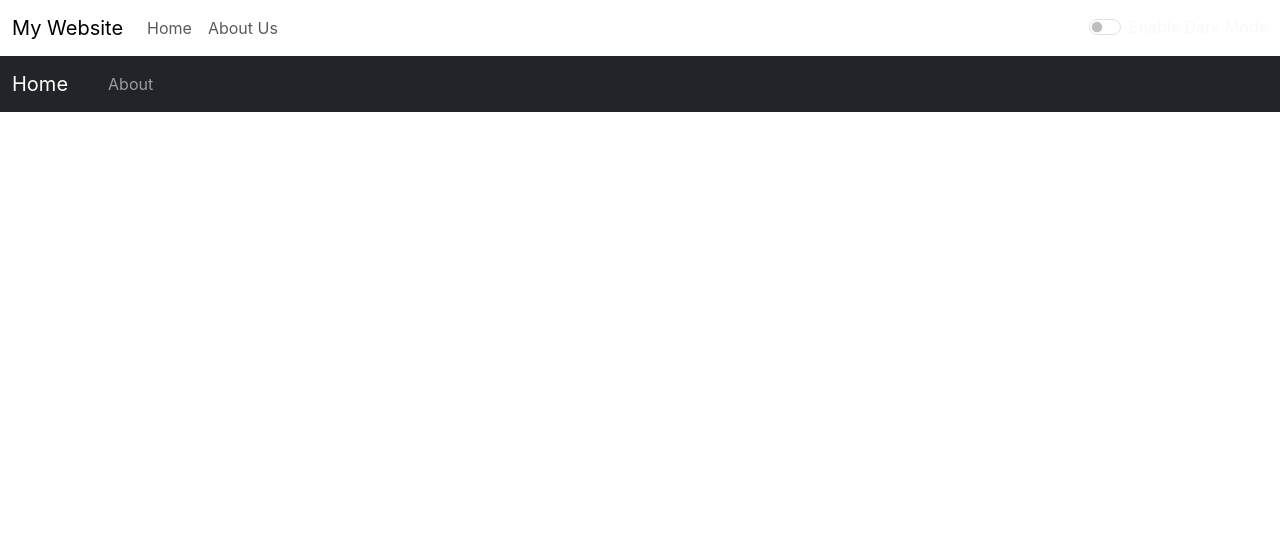
Repository: WajihaGul/Reactjs
Page: /
An editor plug-in stored every save of this project. The page is shown before and after the next save, followed by the edit.
The browser window is 1280 px wide. The pictures show the whole page.
The project was rebuilt for these pictures with package versions that can differ from the ones it lists, and the page was loaded fresh each time. Also part of the build but not shown: src/App.css.

Above is the page before, as saved 2024-02-08 12:02:29.

After the next save:
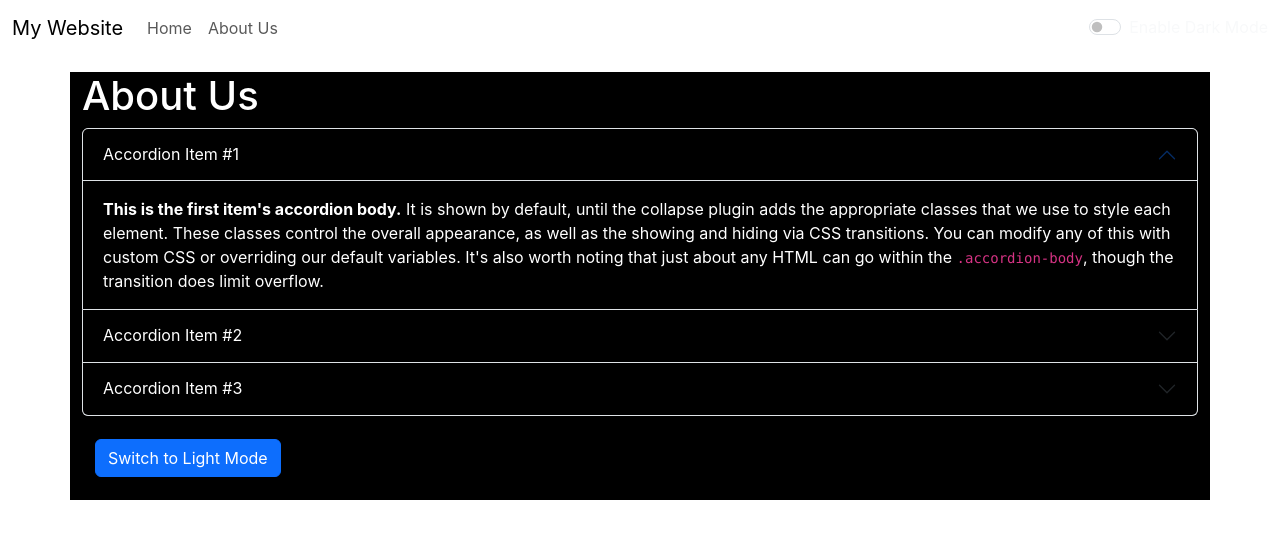
Saved 47 h 8 min later.
--- a/src/Components/About.js
+++ b/src/Components/About.js
@@ -1,50 +1,74 @@
 import React from 'react'
-import PropTypes from 'prop-types'
-export default function Navbar(props) {
-  return (
-    <nav className="navbar navbar-expand-lg navbar-dark bg-dark">
-        <div className="container-fluid">
-          <a className="navbar-brand" href="/">{props.title}</a>
-          <button className="navbar-toggler" type="button" data-bs-toggle="collapse" data-bs-target="#navbarSupportedContent" aria-controls="navbarSupportedContent" aria-expanded="false" aria-label="Toggle navigation">
-            <span className="navbar-toggler-icon"></span>
-          </button>
-          <div className="collapse navbar-collapse" id="navbarSupportedContent">
-            <ul className="navbar-nav me-auto mb-2 mb-lg-0">
-              <li className="nav-item">
-                <a className="nav-link active" aria-current="page" href="/">{props.home}</a>
-              </li>
-              <li className="nav-item">
-                <a className="nav-link" href="/">{props.about}</a>
-              </li>
+import { useState } from 'react'
 
-            </ul>
-            {/*<form className="d-flex" role="search">
-              <input className="form-control me-2" type="search" placeholder="Search" aria-label="Search"/>
-              <button className="btn btn-outline-success" type="submit">Search</button>
-            </form>
+export default function About() {
+    const [style, setStyle] = useState({
+        color: 'white' ,
+        backgroundColor: 'black'
+    })
 
-            <div className="form-check form-switch">
-              <input className="form-check-input" onClick={props.switchMode} type="checkbox" role="switch" id="flexSwitchCheckDefault" />
-               <label className="form-check-label" htmlFor="flexSwitchCheckDefault">Switch Mode</label>
-              </div>
+    const [btnText, setBtnText]=useState('Switch to Light Mode')
 
-                <div className={`form-check form-switch text-${props.mode==='light'?'dark':'light'}`}>
-                        <input className="form-check-input" onClick={props.toggleMode} type="checkbox" id="flexSwitchCheckDefault"/>
-                        <label className="form-check-label" htmlFor="flexSwitchCheckDefault">Enable DarkMode</label>
-                    </div>
-                    */}
-          </div>
-        </div>
-      </nav>
+    const toggleMode=()=>{
+    if(style.color==='white'){
+        setStyle({
+            color: 'black' ,
+            backgroundColor: 'white'
+        })
+        setBtnText('Switch to Dark Mode')
+    }
+        else{
+            setStyle({
+                color: 'white' ,
+                backgroundColor: 'black'
+        })
+        setBtnText('Switch to Light Mode')
+    }
+    }
+    return (
+    <div className='container my-3' style={style}>
+        <h1>About Us</h1>
+<div className="accordion" id="accordionExample" style={style}>
+  <div className="accordion-item">
+    <h2 className="accordion-header">
+      <button  className="accordion-button" style={style} type="button" data-bs-toggle="collapse" data-bs-target="#collapseOne" aria-expanded="true" aria-controls="collapseOne">
+        Accordion Item #1
+      </button>
+    </h2>
+    <div id="collapseOne" className="accordion-collapse collapse show" data-bs-parent="#accordionExample">
+      <div className="accordion-body" style={style}>
+        <strong>This is the first item's accordion body.</strong> It is shown by default, until the collapse plugin adds the appropriate classes that we use to style each element. These classes control the overall appearance, as well as the showing and hiding via CSS transitions. You can modify any of this with custom CSS or overriding our default variables. It's also worth noting that just about any HTML can go within the <code>.accordion-body</code>, though the transition does limit overflow.
+      </div>
+    </div>
+  </div>
+  <div className="accordion-item" >
+    <h2 className="accordion-header">
+      <button style={style} className="accordion-button collapsed" type="button" data-bs-toggle="collapse" data-bs-target="#collapseTwo" aria-expanded="false" aria-controls="collapseTwo">
+        Accordion Item #2
+      </button>
+    </h2>
+    <div id="collapseTwo" className="accordion-collapse collapse" data-bs-parent="#accordionExample">
+      <div className="accordion-body" style={style}>
+        <strong>This is the second item's accordion body.</strong> It is hidden by default, until the collapse plugin adds the appropriate classes that we use to style each element. These classes control the overall appearance, as well as the showing and hiding via CSS transitions. You can modify any of this with custom CSS or overriding our default variables. It's also worth noting that just about any HTML can go within the <code>.accordion-body</code>, though the transition does limit overflow.
+      </div>
+    </div>
+  </div>
+  <div className="accordion-item">
+    <h2 className="accordion-header">
+      <button className="accordion-button collapsed" style={style} type="button" data-bs-toggle="collapse" data-bs-target="#collapseThree" aria-expanded="false" aria-controls="collapseThree">
+        Accordion Item #3
+      </button>
+    </h2>
+    <div id="collapseThree" className="accordion-collapse collapse" data-bs-parent="#accordionExample">
+      <div className="accordion-body" style={style}>
+        <strong>This is the third item's accordion body.</strong> It is hidden by default, until the collapse plugin adds the appropriate classes that we use to style each element. These classes control the overall appearance, as well as the showing and hiding via CSS transitions. You can modify any of this with custom CSS or overriding our default variables. It's also worth noting that just about any HTML can go within the <code>.accordion-body</code>, though the transition does limit overflow.
+      </div>
+    </div>
+  </div>
+</div>
+<div className='btn my-3'>
+  <input className="btn btn-primary" value={btnText} type="button" btnText onClick={toggleMode}></input>
+</div>
+</div>
   )
 }
-Navbar.propTypes = {
-    title: PropTypes.string ,
-    about: PropTypes.string ,
-    home: PropTypes.string
-}
-Navbar.defaultProps = {
-    title : "Home",
-    about : "About",
-
-}
